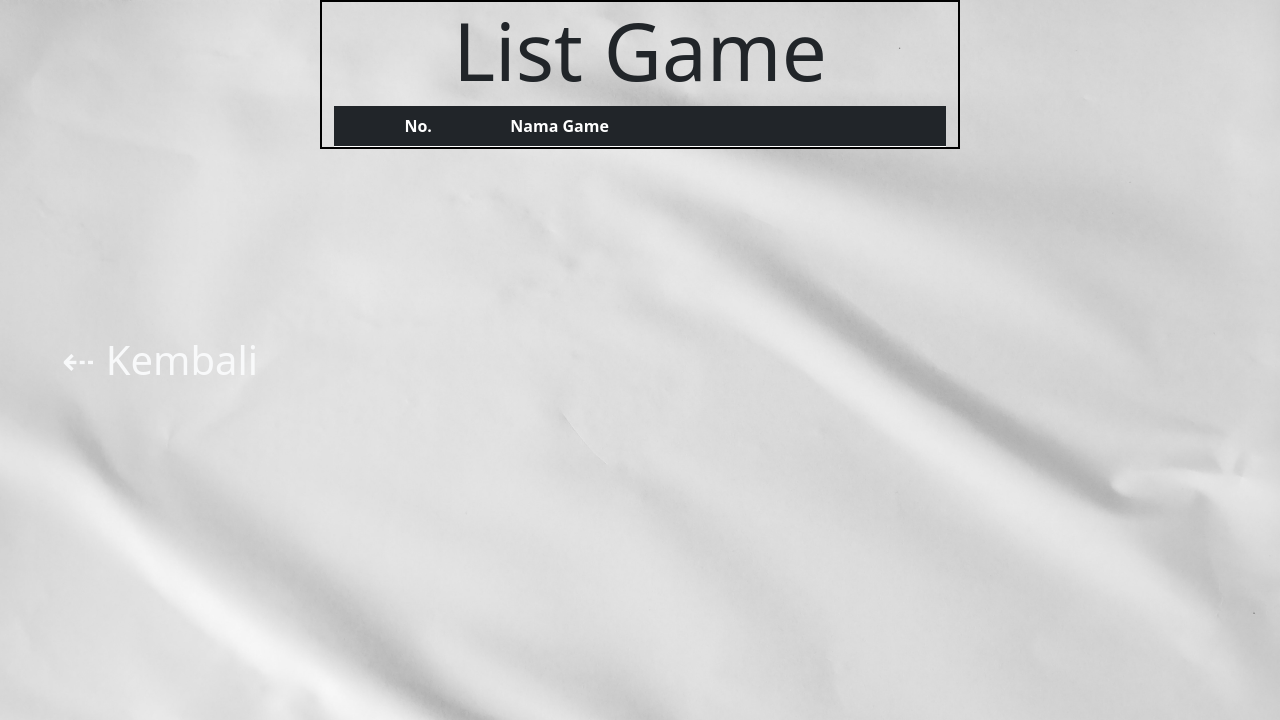
Repository: aqordeon/SPKWP
Page: http://localhost/listgame.php
The author's editor kept a copy of each file at every save. The page is drawn from the files as they stood at one save, then again after the next save.
The browser window is 1280 px wide. The pictures show the whole page.
The page is run by PHP 8.4 with error messages shown; the project is at /var/www/html/. Queries for data that is not in the repository find no rows.

Above is the page before, as saved 2021-01-13 23:12:39.

After the next save:
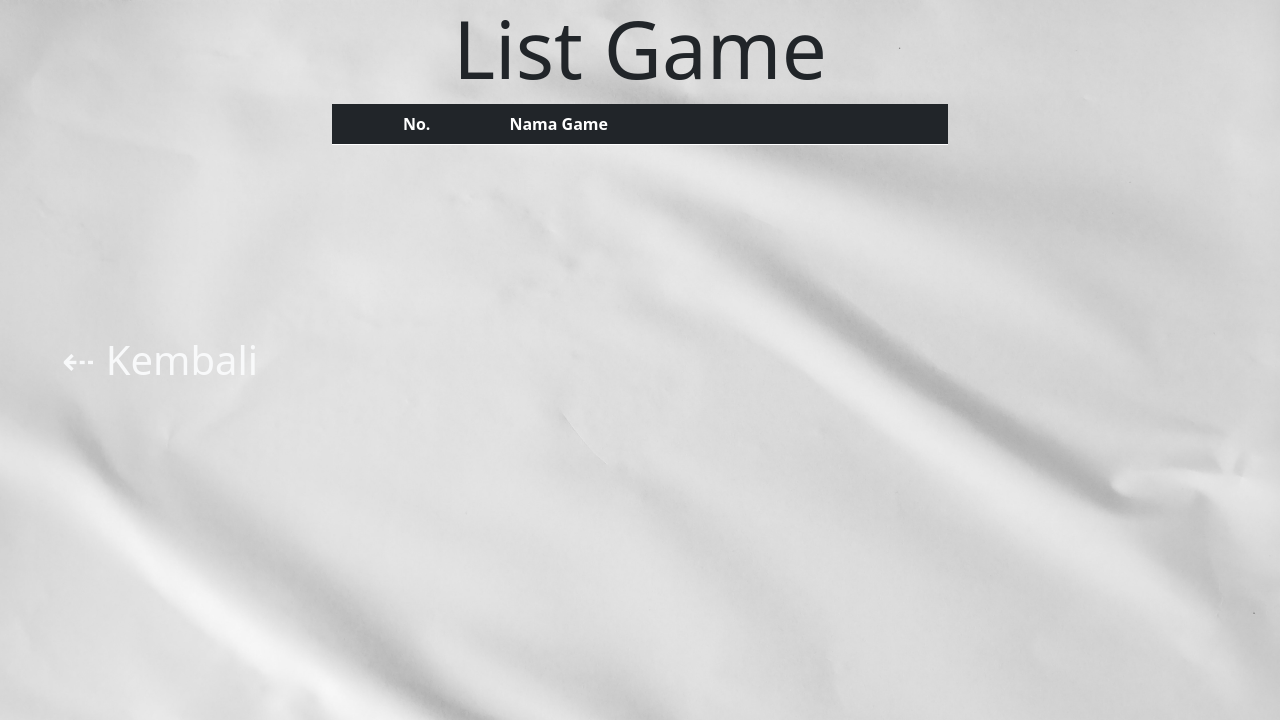
Saved 14 s later.
--- a/listgame.php
+++ b/listgame.php
@@ -24,7 +24,7 @@
     <a href="index.php" class="btn btn-outline-light" style="height: 100vh; width: 25vw; position: absolute; border: none; ">
         <h1 style="width: 90%; margin: 0; position: relative; top: 50%; left: 50%; -ms-transform: translate(-50%, -50%); transform: translate(-50%, -50%);">&#8672 Kembali</h1>
     </a>
-    <div class="container" style="width: 50%; border: 2px solid black;">
+    <div class="container" style="width: 50%;">
         <h1 class="display-1" style="text-align: center;"><b>List Game</b></h1>
         <table class="table table-striped" style="margin: auto auto;">
             <thead class="table-dark">
